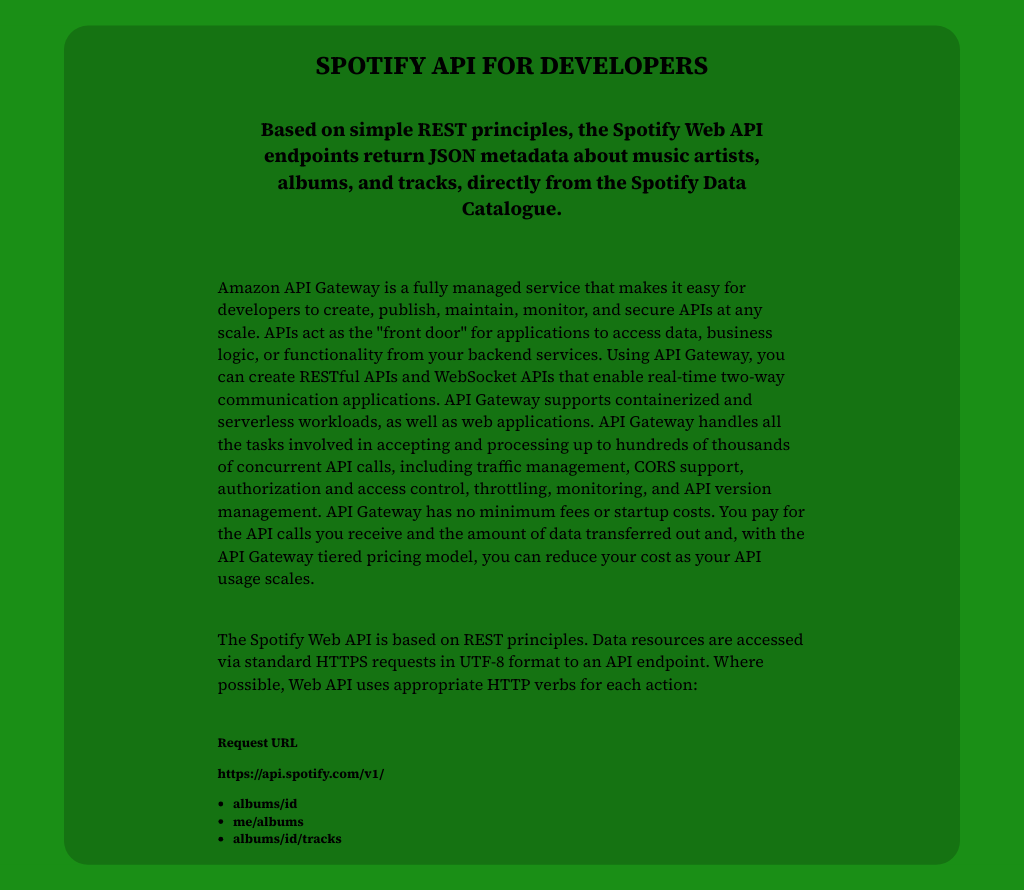
Repository: eliasihai/dizza-html-project
Page: index.html
The author's editor kept a copy of each file at every save. The page is drawn from the files as they stood at one save, then again after the next save.
The browser window is 1280 px wide. The pictures show the whole page, at 80% of full size.

Above is the page before, as saved 2022-01-27 00:39:48.

After the next save:
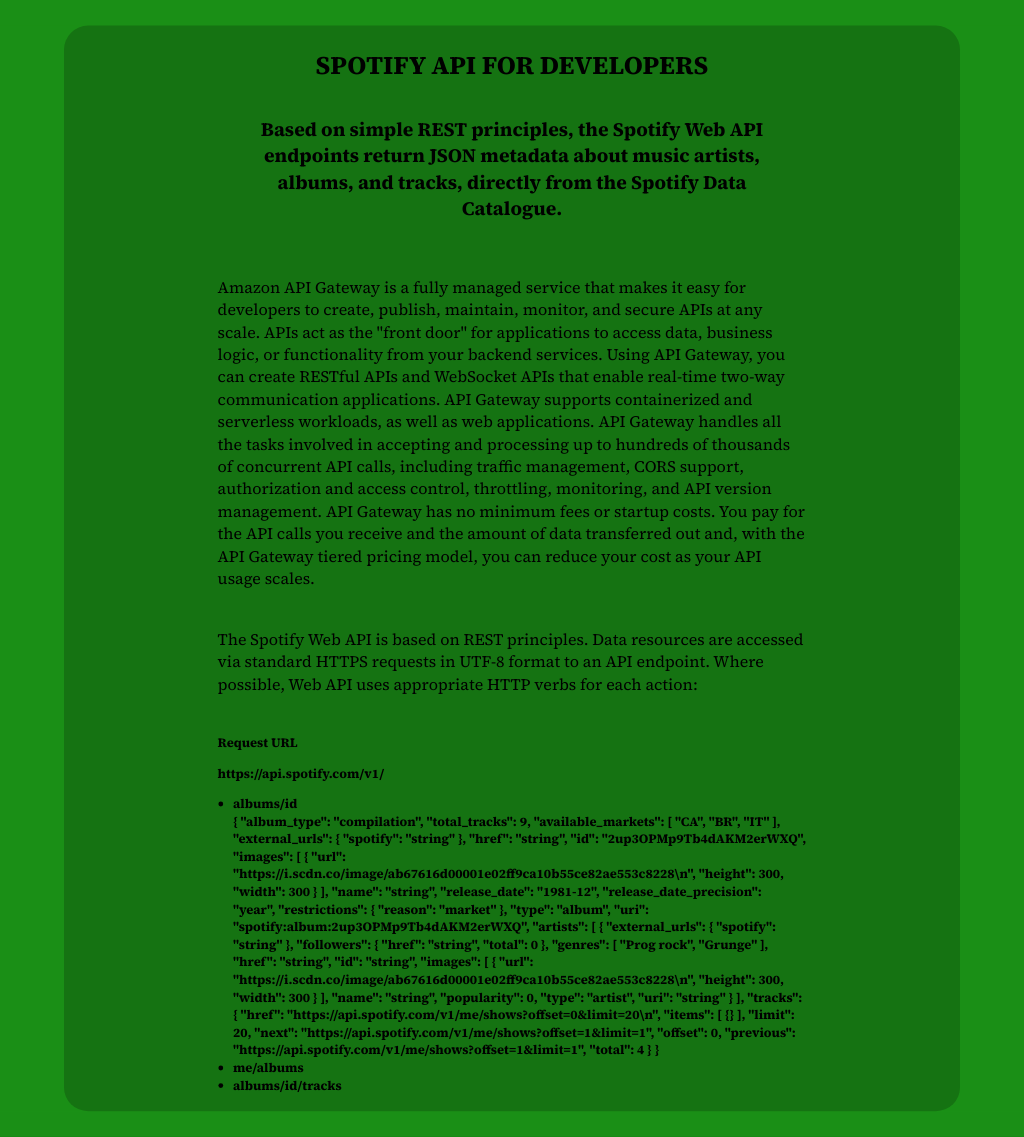
Saved 56 s later.
--- a/index.html
+++ b/index.html
@@ -61,9 +61,82 @@
           <div class="request_p">Request URL</div>
           <p>https://api.spotify.com/v1/</p>
           <ul>
-            <li>
-              albums/id
-            </li>
+            <div>
+              <li>
+                albums/id
+              </li>
+              <div>
+                {
+                  "album_type": "compilation",
+                  "total_tracks": 9,
+                  "available_markets": [
+                    "CA",
+                    "BR",
+                    "IT"
+                  ],
+                  "external_urls": {
+                    "spotify": "string"
+                  },
+                  "href": "string",
+                  "id": "2up3OPMp9Tb4dAKM2erWXQ",
+                  "images": [
+                    {
+                      "url": "https://i.scdn.co/image/ab67616d00001e02ff9ca10b55ce82ae553c8228\n",
+                      "height": 300,
+                      "width": 300
+                    }
+                  ],
+                  "name": "string",
+                  "release_date": "1981-12",
+                  "release_date_precision": "year",
+                  "restrictions": {
+                    "reason": "market"
+                  },
+                  "type": "album",
+                  "uri": "spotify:album:2up3OPMp9Tb4dAKM2erWXQ",
+                  "artists": [
+                    {
+                      "external_urls": {
+                        "spotify": "string"
+                      },
+                      "followers": {
+                        "href": "string",
+                        "total": 0
+                      },
+                      "genres": [
+                        "Prog rock",
+                        "Grunge"
+                      ],
+                      "href": "string",
+                      "id": "string",
+                      "images": [
+                        {
+                          "url": "https://i.scdn.co/image/ab67616d00001e02ff9ca10b55ce82ae553c8228\n",
+                          "height": 300,
+                          "width": 300
+                        }
+                      ],
+                      "name": "string",
+                      "popularity": 0,
+                      "type": "artist",
+                      "uri": "string"
+                    }
+                  ],
+                  "tracks": {
+                    "href": "https://api.spotify.com/v1/me/shows?offset=0&limit=20\n",
+                    "items": [
+                      {}
+                    ],
+                    "limit": 20,
+                    "next": "https://api.spotify.com/v1/me/shows?offset=1&limit=1",
+                    "offset": 0,
+                    "previous": "https://api.spotify.com/v1/me/shows?offset=1&limit=1",
+                    "total": 4
+                  }
+                }
+              </div>
+            </div>
+
             <li>
               me/albums
             </li>
